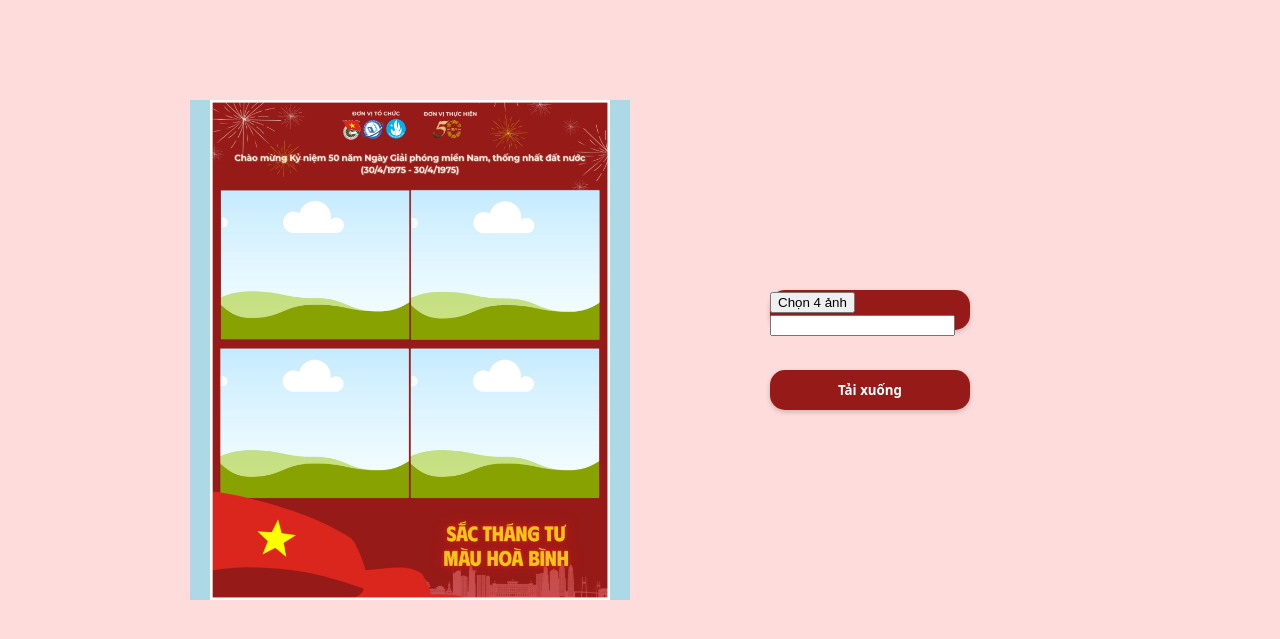
Repository: nguyentambinh/tuoitretdmu
Page: http://localhost/
These files come from the project's save history. The page is drawn as it stood at one moment and after a run of saves; the edit follows.
The browser window is 1280 px wide. The pictures show the whole page.
The page is run by PHP 8.4 with error messages shown; the project is at /var/www/html/.

Above is the page before, as saved 2025-04-10 13:38:47.
Console error: TypeError: Cannot read properties of null (reading 'addEventListener')

After the next 3 saves:
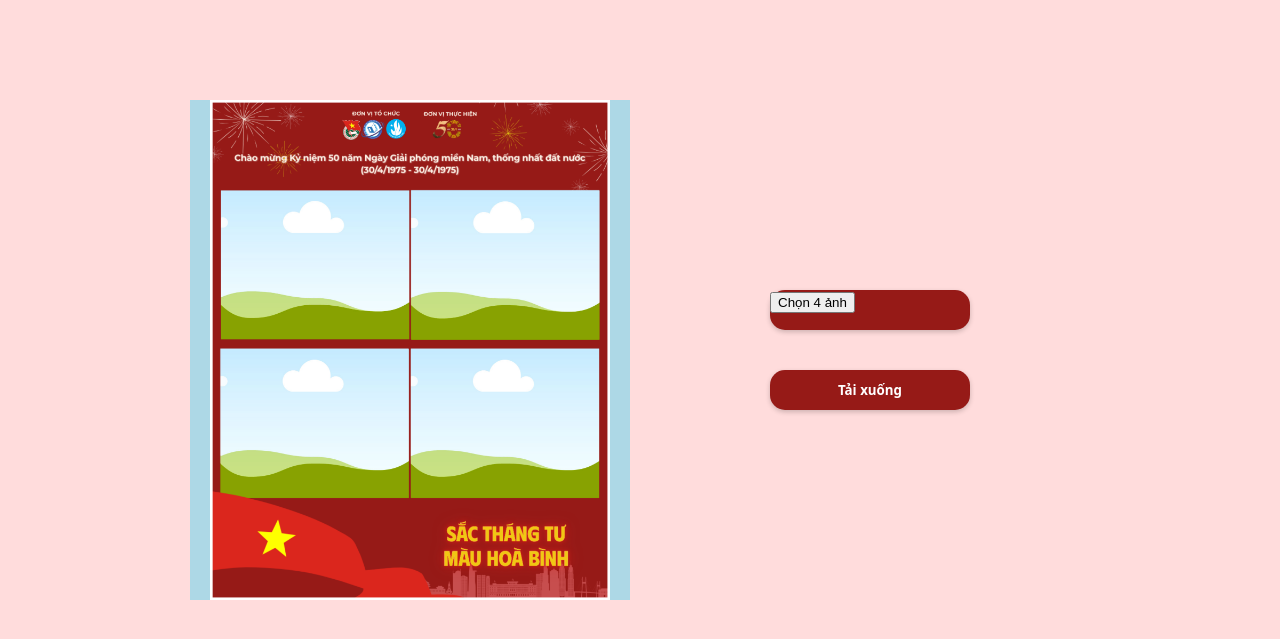
The 3 saves are shown as one change because they came seconds apart.
The last was saved 16 s later.
--- a/index.php
+++ b/index.php
@@ -17,10 +17,9 @@
         </div>
         <div class="control-box">
         <div class="input-group mb-[10px] btn-custom">
-            <button id="btn-add-picture" class="text-white font-bold custom-cursor-on-hover">
+            <button id="btn-add-picture" class="text-white font-bold custom-cursor-on-hover " type="file" id="image-choose" name="avatar" accept="image/*" class="hidden" multiple>
                 Chọn 4 ảnh
             </button>
-            <input >
         </div>
             <button class="btn-custom btn-dowload-picture">Tải xuống</button>
         </div>
